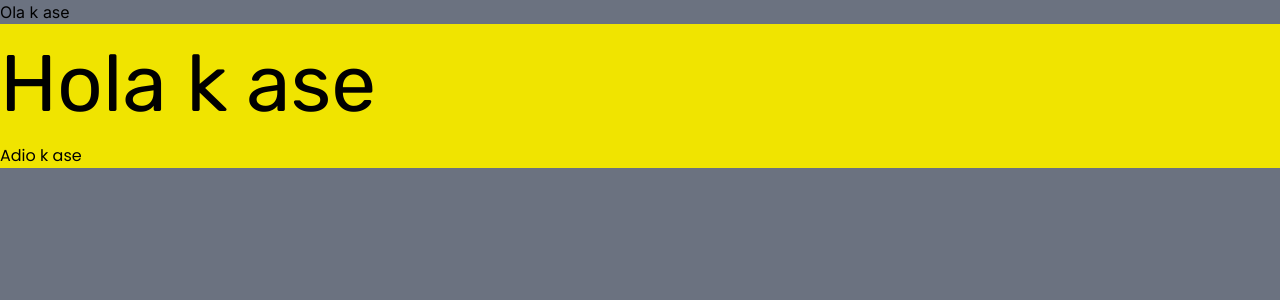
Repository: aldovelacasas/PF_RentCar2
Page: /homePage
These files come from the project's save history. The page is drawn as it stood at one moment and after the next save; the edit follows.
The browser window is 1280 px wide. The pictures show the whole page.
The project was rebuilt for these pictures with package versions that can differ from the ones it lists, and the page was loaded fresh each time. The framework's server and built-in components were replaced by stand-ins that run in the browser. Also part of the build but not shown: next.config.js.

Above is the page before, as saved 2023-08-29 18:45:59.

### src/app/layout.jsx
import "./globals.css";
import { Inter } from "next/font/google";

const inter = Inter({ subsets: ["latin"] });

export const metadata = {
  title: "Create Next App",
  description: "Generated by create next app",
};

export default function RootLayout({ children }) {
  return (
    <html lang="en">
      <body className={inter.className}>
        <h1>Ola k ase</h1>
        <div className="h-[calc(100vh-5rem)]">{children}</div>
      </body>
    </html>
  );
}

### src/app/homePage/page.jsx
import { Rubik, Poppins } from "next/font/google";

const rubik = Rubik({
  weight: "400",
  subsets: ["latin"],
});

const poppins = Poppins({
  weight: "400",
  subsets: ["latin"],
});

function HomePage() {
  return (
    <div className={`bg-amarillo_status ${rubik.className}`}>
      <h1 className="text-[5em]">Hola k ase</h1>
      <div>
        <p className={`${poppins.className}`}>Adio k ase</p>
      </div>
    </div>
  );
}

export default HomePage;

### src/app/globals.css
@tailwind base;
@tailwind components;
@tailwind utilities;

body {
   @apply bg-gray-500; /* Fondo más claro */
   color: gray-800; /* Texto oscuro */
}

### tailwind.config.js
/** @type {import('tailwindcss').Config} */
module.exports = {
  content: [
    "./src/pages/**/*.{js,ts,jsx,tsx,mdx}",
    "./src/components/**/*.{js,ts,jsx,tsx,mdx}",
    "./src/app/**/*.{js,ts,jsx,tsx,mdx}",
  ],
  theme: {
    extend: {
      backgroundImage: {
        "gradient-radial": "radial-gradient(var(--tw-gradient-stops))",
        "gradient-conic":
          "conic-gradient(from 180deg at 50% 50%, var(--tw-gradient-stops))",
      },
      colors: {
        gris_fondo: "#dbdbdb",
        gris_frente: "#e9e9e9",
        negro_fondo: "#282828",
        naranja_enf: "#ea4f39",
        rojo_status: "#e30613",
        verde_status: "#4aaf4d",
        amarillo_status: "#f0e400",
      },
    },
  },
  plugins: [],
};

After the next save:
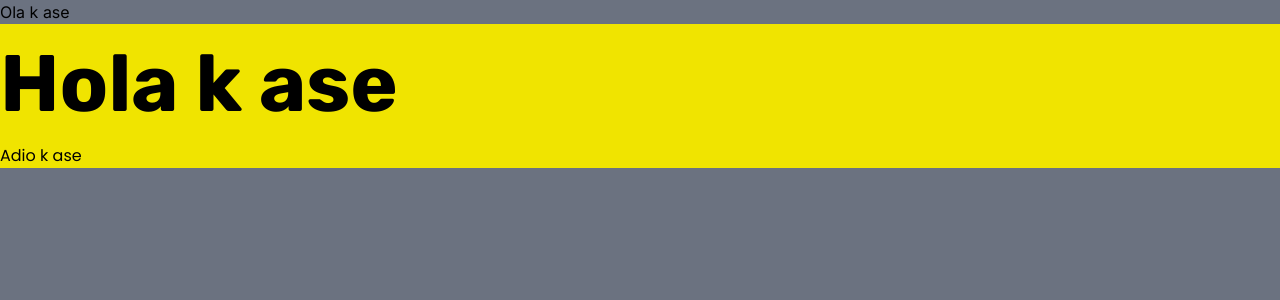
Saved 11 s later.
--- a/src/app/homePage/page.jsx
+++ b/src/app/homePage/page.jsx
@@ -1,7 +1,7 @@
 import { Rubik, Poppins } from "next/font/google";
 
 const rubik = Rubik({
-  weight: "400",
+  weight: "700",
   subsets: ["latin"],
 });
 
